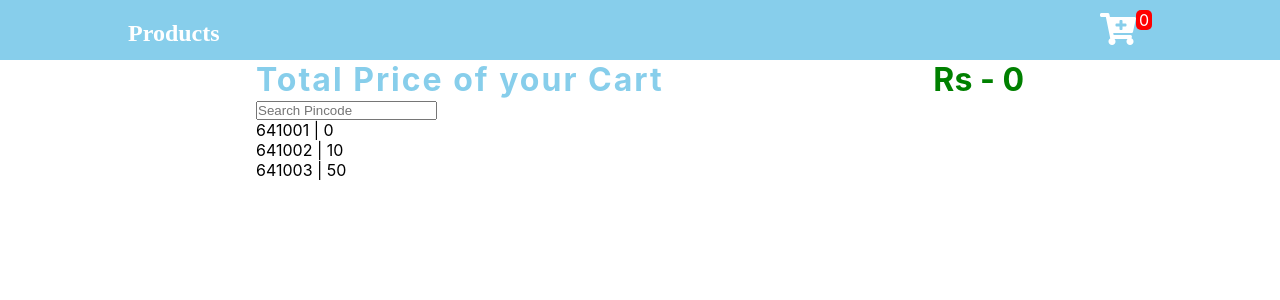
Repository: Imprasna/react-ecommerce
Page: /, after clicking the first element matching `div.cart`
An editor plug-in stored every save of this project. The page is shown before and after a run of saves, followed by the edit.
The browser window is 1280 px wide. The pictures show the whole page.
Some web libraries are served in a nearby version. The project was rebuilt for these pictures with package versions that can differ from the ones it lists, and the page was loaded fresh each time.

Above is the page before, as saved 2022-06-14 05:56:30.

After the next 9 saves:
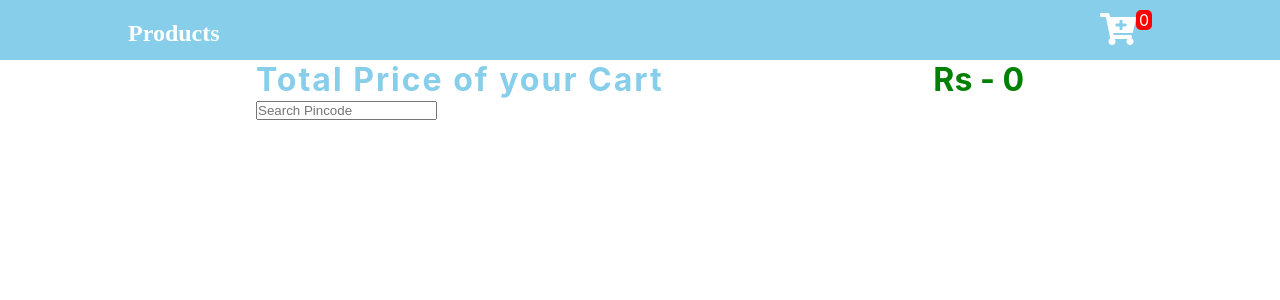
The 9 saves are shown as one change because 2 did not build or start and some came seconds apart.
The last was saved 2 min 39 s later.
--- a/src/components/Cart.js
+++ b/src/components/Cart.js
@@ -59,7 +59,11 @@ const Cart = ({ cart, setCart, handleChange }) => {
       <input type="text" placeholder="Search Pincode" onchange={e => setSearchTerm(e.target.value)} />
 
       <div>
-            {Pincode.map((pin) =>
+        {Pincode.filter((value) =>
+        {
+
+        })
+          .map((pin) =>
             (
               <p> {pin.code} | {pin.charge} </p>
       ))}
